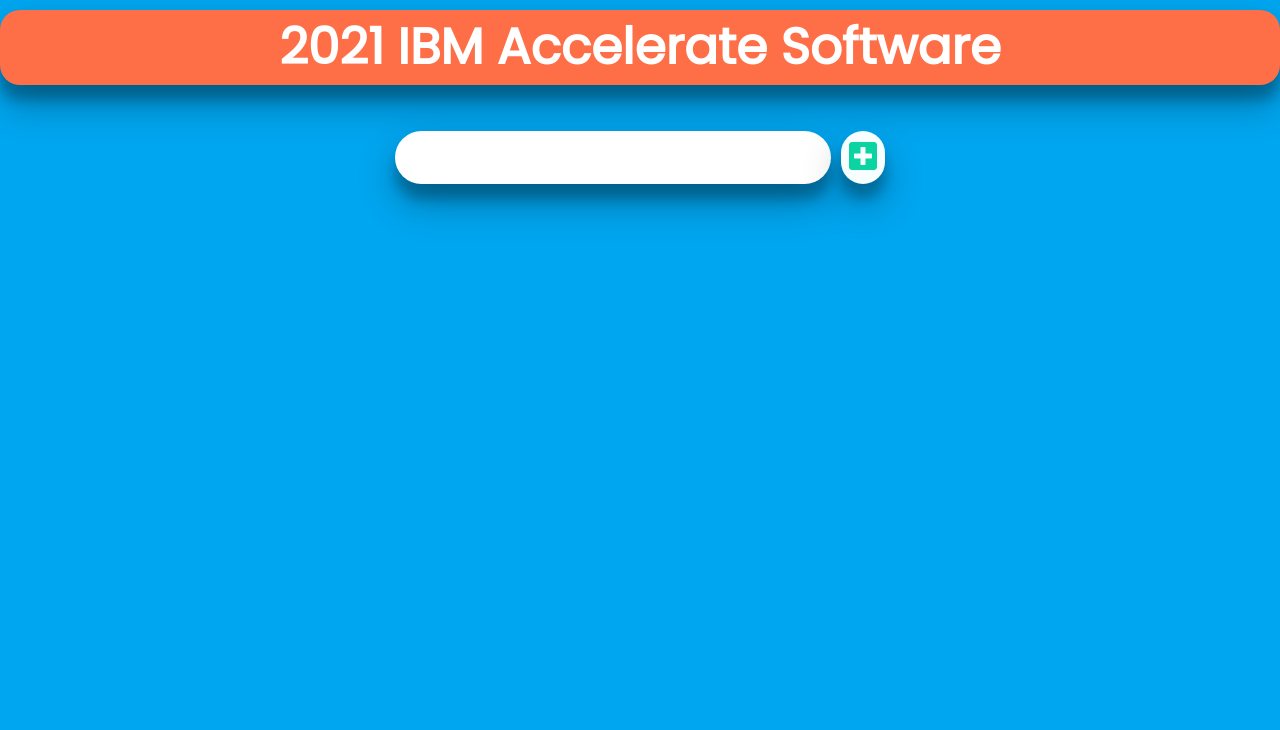
Repository: 2021-IBM-Accelerate-SW-Track/lab-1-team-34
Page: /
These files come from the project's save history. The page is drawn as it stood at one moment and after the next save; the edit follows.
The browser window is 1280 px wide. The pictures show the whole page.
Some web libraries are served in a nearby version. The project was rebuilt for these pictures with package versions that can differ from the ones it lists, and the page was loaded fresh each time. Also part of the build but not shown: src/components/Todo.js.

Above is the page before, as saved 2021-06-16 18:35:36.

### public/index.html
<!DOCTYPE html>
<html lang="en">
  <head>
    <meta charset="utf-8" />
    <link
      href="https://fonts.googleapis.com/css?family=Poppins&display=swap"
      rel="stylesheet"
    />
    <link
      rel="stylesheet"
      href="https://cdnjs.cloudflare.com/ajax/libs/font-awesome/5.12.1/css/all.min.css"
      integrity="sha256-mmgLkCYLUQbXn0B1SRqzHar6dCnv9oZFPEC1g1cwlkk="
      crossorigin="anonymous"
      <meta
      name="viewport"
      content="width=device-width, initial-scale=1"
    />
    <meta name="theme-color" content="#000000" />
    <meta
      name="description"
      content="Web site created using create-react-app"
    />
    <link rel="apple-touch-icon" href="%PUBLIC_URL%/logo192.png" />
    <!--
      manifest.json provides metadata used when your web app is installed on a
      user's mobile device or desktop. See https://developers.google.com/web/fundamentals/web-app-manifest/
    -->
    <link rel="manifest" href="%PUBLIC_URL%/manifest.json" />
    <!--
      Notice the use of %PUBLIC_URL% in the tags above.
      It will be replaced with the URL of the `public` folder during the build.
      Only files inside the `public` folder can be referenced from the HTML.

      Unlike "/favicon.ico" or "favicon.ico", "%PUBLIC_URL%/favicon.ico" will
      work correctly both with client-side routing and a non-root public URL.
      Learn how to configure a non-root public URL by running `npm run build`.
    -->
    <title>React App</title>
  </head>
  <body>
    <noscript>You need to enable JavaScript to run this app.</noscript>
    <div id="root"></div>
    <!--
      This HTML file is a template.
      If you open it directly in the browser, you will see an empty page.

      You can add webfonts, meta tags, or analytics to this file.
      The build step will place the bundled scripts into the <body> tag.

      To begin the development, run `npm start` or `yarn start`.
      To create a production bundle, use `npm run build` or `yarn build`.
    -->
  </body>
</html>

### src/App.js
import "./App.css";
import Form from "./components/form";
import React, { useState } from "react";
import List from "./components/list";
import Header from "./components/header";

function App() {
  const [inputText, setInputText] = useState("");
  const [todos, setTodos] = useState([]);
  return (
    <div className="App">
      <Header />
      {/* <header>
        <h1 className="ibm-header">IBM To do list</h1>
      </header> */}
      <Form
        inputText={inputText}
        todos={todos}
        setTodos={setTodos}
        setInputText={setInputText}
      />
      <List setTodos={setTodos} todos={todos} />
    </div>
  );
}

export default App;

### src/App.css
=* {
  margin: 0;
  padding: 0;
  box-sizing: border-box;
}

.ibm-header {
  background-color: #ff6f47;
  padding: 20px;
  border-radius: 30px;
  box-shadow: rgba(0, 0, 0, 0.3) 0px 19px 38px,
    rgba(0, 0, 0, 0.22) 0px 15px 12px;
  margin-top: 100px;
}

.App > header > .ibm-header {
  animation: floatY 2400ms ease-out infinite both;
}
@keyframes floatY {
  0%,
  100% {
    transform: translateY(0);
  }

  50% {
    transform: translateY(-20px);
  }
}
body {
  background-color: #01a6f0;
  color: white;
  font-family: "Poppins", sans-serif;
  min-height: 100vh;
}
header {
  font-size: 2rem;
}

header,
form {
  min-height: 20vh;
  display: flex;
  justify-content: center;
  align-items: center;
  border-radius: 10;
}
form input,
form button {
  padding: 0.5rem;
  font-size: 2rem;
  border: none;
  background: white;
  border-radius: 30px;
  box-shadow: rgba(0, 0, 0, 0.3) 0px 19px 38px,
    rgba(0, 0, 0, 0.22) 0px 15px 12px;
  vertical-align: middle;
}
form button {
  color: rgb(11, 212, 162);
  background: #f7fffe;
  text-align: center;
  cursor: pointer;
  transition: all 0.3s ease;
  margin-left: 10px;
}
form button:hover {
  background: rgb(11, 212, 162);
  color: white;
}
.todo-container {
  display: flex;
  justify-content: center;
  align-items: center;
}

.todo-list {
  min-width: 30%;
  list-style: none;
}

.todo {
  margin: 0.5rem;
  background: white;
  font-size: 1.5rem;
  color: black;
  display: flex;
  justify-content: space-between;
  align-items: center;
  transition: all 1s ease;
  border-radius: 20px;
  box-shadow: rgba(0, 0, 0, 0.3) 0px 19px 38px,
    rgba(0, 0, 0, 0.22) 0px 15px 12px;
}
.filter-todo {
  padding: 1rem;
}
.todo li {
  flex: 1;
}

.trash-btn {
  background: #ff6f47;
  color: white;
  border: none;
  padding: 1rem;
  cursor: pointer;
  font-size: 1rem;
  border-radius: 30px;
}
.complete-btn {
  background: #ff6f47;
  color: white;
  border: none;
  padding: 1rem;
  cursor: pointer;
  font-size: 1rem;
  border-radius: 30px;
}
.complete-btn {
  background: rgb(11, 212, 162);
}
.todo-item {
  padding: 0rem 0.5rem;
}

.fa-trash,
.fa-check {
  pointer-events: none;
  vertical-align: middle;
}

.fall {
  transform: translateY(10rem) rotateZ(20deg);
  opacity: 0;
}
#plus {
  text-align: center;
}

.completed {
  text-decoration: line-through;
  opacity: 0.5;
}

/*CUSTOM SELECTOR */
select {
  -webkit-appearance: none;
  -moz-appearance: none;
  -ms-appearance: none;
  appearance: none;
  outline: 0;
  box-shadow: none;
  border: 0 !important;
  background-image: none;
}

/* Custom Select */
.select {
  margin: 1rem;
  position: relative;
  overflow: hidden;
}
select {
  color: #ff6f47;
  font-family: "Poppins", sans-serif;
  cursor: pointer;
  width: 12rem;
}
/* Arrow */
.select::after {
  content: "\25BC";
  position: absolute;
  top: 0;
  right: 0;
  padding: 1rem;
  background: #ff6f47;
  cursor: pointer;
  pointer-events: none;
}
/* Transition */
/*
.select:hover::after {
  transform: scale(1.5);
}
*/

### src/components/form.js
import React from "react";

const form = ({ setInputText, todos, setTodos, inputText }) => {
  const inputTextHandler = (e) => {
    console.log(e.target.value);
    setInputText(e.target.value);
  };
  const submitTodoHandler = (e) => {
    e.preventDefault();
    setTodos([
      ...todos,
      { text: inputText, completed: false, id: Math.random() * 1000 },
    ]);
    setInputText("");
  };

  return (
    <form>
      <input
        value={inputText}
        onChange={inputTextHandler}
        //data testing
        data-testid="new-item-input"
        type="text"
        className="todo-input"
      />
      <button onClick={submitTodoHandler} className="todo-button" type="submit">
        <i id="plus" className="fas fa-plus-square"></i>
      </button>
      {/* <div className="select">
        <select name="todos" className="filter-todo">
          <option value="all">All</option>
          <option value="completed">Completed</option>
          <option value="uncompleted">Uncompleted</option>
        </select>
      </div> */}
    </form>
  );
};

export default form;

### src/components/list.js
import React from "react";
import Todo from "./Todo";

const Todolist = ({ todos, setTodos }) => {
  return (
    <div className="todo-container">
      <ul className="todo-list">
        {todos.map((todo) => (
          <Todo
            key={todo.id}
            text={todo.text}
            setTodos={setTodos}
            todos={todos}
            todo={todo}
          />
        ))}
      </ul>
    </div>
  );
};

export default Todolist;

### src/components/header/index.js
import Header from "./header"

export default Header

### src/components/header/header.js
import "./header.css";
export default function Header() {
  return (
    <div className="header">
      2021 IBM Accelerate Software
    </div>
  );
}

### src/components/header/header.css
.header {
  font-size: 50px;
  background-color: #ff6f47;
  color: white;
  font-weight: bold;
  text-align: center;
  border-radius: 20px;
  box-shadow: rgba(0, 0, 0, 0.3) 0px 19px 38px,
    rgba(0, 0, 0, 0.22) 0px 15px 12px;
  margin-top: 10px;
  margin-top: 10px;
}

Loaded but not shown: src/index.js (common file); src/index.css (common file); src/reportWebVitals.js (common file)

After the next save:
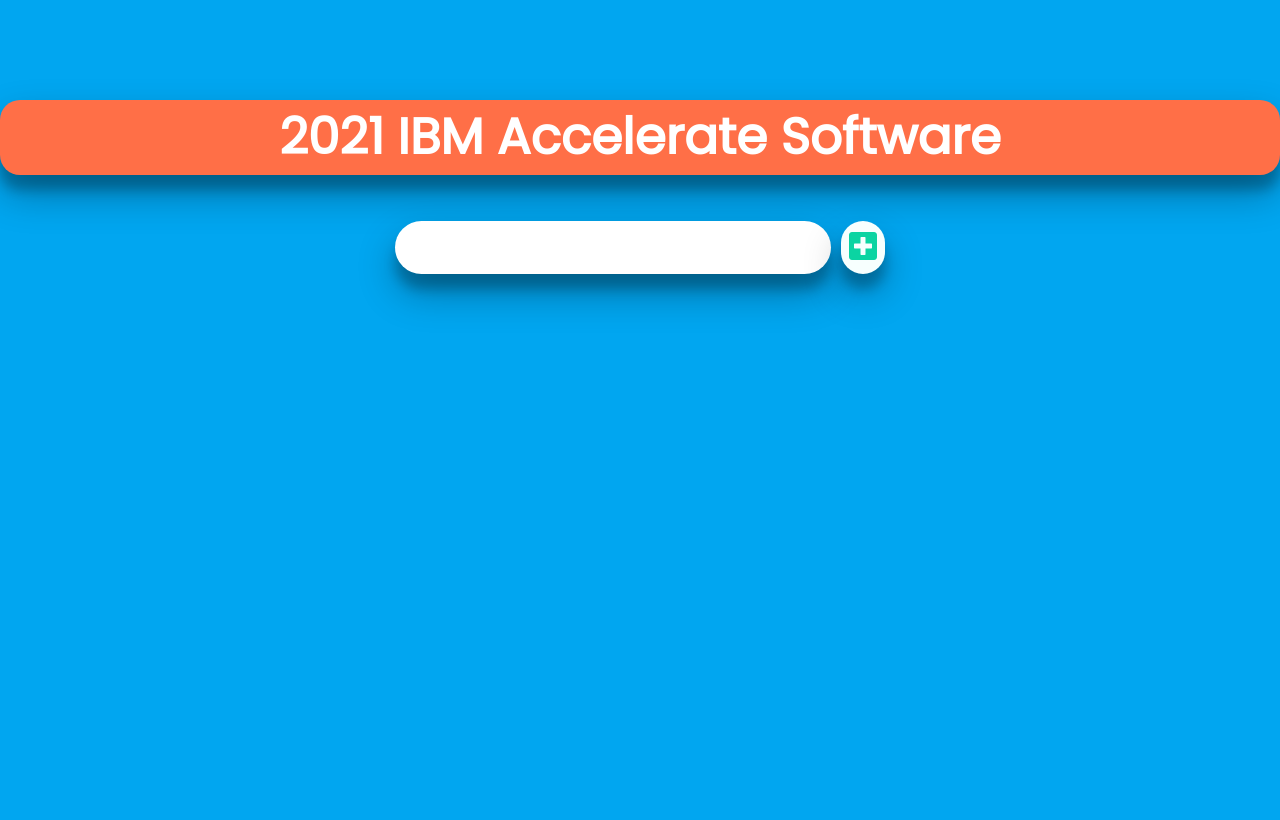
Saved 19 s later.
--- a/src/components/header/header.css
+++ b/src/components/header/header.css
@@ -7,6 +7,5 @@
   border-radius: 20px;
   box-shadow: rgba(0, 0, 0, 0.3) 0px 19px 38px,
     rgba(0, 0, 0, 0.22) 0px 15px 12px;
-  margin-top: 10px;
-  margin-top: 10px;
+  margin-top: 100px;
 }
